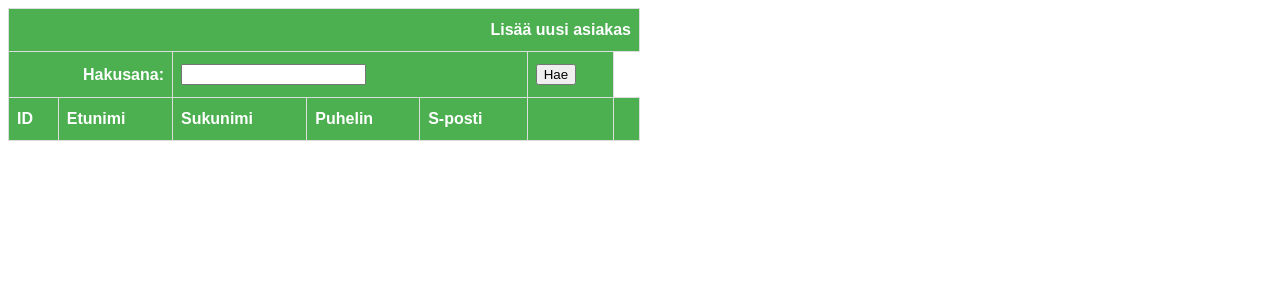
Repository: Lateh13/Asiakkaat
Page: http://localhost/Asiakkaat/listaaasiakkaat.jsp
These files come from the project's save history. The page is drawn as it stood at one moment and after the next save; the edit follows.
The browser window is 1280 px wide. The pictures show the whole page.
The page is served by Tomcat 9. Other server files are loaded and not shown. Queries for data that is not in the repository find no rows.

Above is the page before, as saved 2020-05-10 16:41:33.

### Asiakkaat/WebContent/listaaasiakkaat.jsp
<%@ page language="java" contentType="text/html; charset=ISO-8859-1"
    pageEncoding="ISO-8859-1"%>
<!DOCTYPE html>
<html>
<head>
<meta charset="ISO-8859-1">
<script src="https://ajax.googleapis.com/ajax/libs/jquery/3.4.1/jquery.min.js"></script>
<link rel="stylesheet" type="text/css" href="css/main.css">
<title>Asiakkaat</title>
</head>
<body>
<table id="listaus">
	<thead>
		<tr>
			<th colspan="7" class="oikealle"><span id="uusiAsiakas">Lisää uusi asiakas</span></th>
		</tr>
		<tr>
			<th class="oikealle" colspan="2">Hakusana:</th>
			<th colspan="3"><input type="text" name="haku" id="haettava" size="20"></th>
			<th ><input type="submit" value="Hae" id="hakunappi"></th>
		</tr>
  		<tr>
  			<th>ID</th>
	    	<th>Etunimi</th>
	    	<th>Sukunimi</th>
	    	<th>Puhelin</th>
	   		<th>S-posti</th>
	   		<th></th>
	   		<th></th>
	   	</tr>
	</thead>
	<tbody>
	<span id="ilmoitus"></span>
	</tbody>
</table>
<span id="ilmoitus"></span>
<script>
$(document).ready(function() {
	haeAsiakkaat();

	$("#uusiAsiakas").click(function() {
		document.location="lisaaasiakas.jsp";
	});

	$("#hakunappi").click(function() {
		haeAsiakkaat();

	});
	$(document.body).on("keydown", function(event) {
		if(event.which == 13) {
			haeAsiakkaat();
		}
	});
});

function haeAsiakkaat() {
	$("#listaus tbody").empty();
	$.ajax({url:"asiakkaat/"+$("#haettava").val(), type:"GET", dataType:"json", success:function(result) {
		$.each(result.asiakkaat, function(i, field) {
			var htmlStr;
			htmlStr+="<tr id='rivi_"+field.id+"'>";
			htmlStr+="<td>"+field.id+"</td>";
			htmlStr+="<td>"+field.etunimi+"</td>";
			htmlStr+="<td>"+field.sukunimi+"</td>";
			htmlStr+="<td>"+field.puhelin+"</td>";
			htmlStr+="<td>"+field.sposti+"</td>";
			htmlStr+="<td><a href='muutaasiakas.jsp?id="+field.id+"'>Muuta</a>&nbsp;";
			htmlStr+="<td><span class='poista' onclick=poista('"+field.id+"')>Poista</span></td>";
			htmlStr+="</tr>";
			$("#listaus tbody").append(htmlStr);
		});
	}});
}
function poista(id) {
	if (confirm("Poista asiakas, jonka id on " + id +"?")) {
		$.ajax({url:"asiakkaat/"+id, type:"DELETE", dataType:"json", success:function(result) {
			if (result.response == 0) {
				$("#ilmoitus").html("Asiakkaan poisto epäonnistui.");
			} else if (result.response == 1) {
	        	alert("Asiakas " + id +" poisto onnistui.");
				haeAsiakkaat();
			}
		}});
	}
}
</script>
</body>
</html>

### Asiakkaat/WebContent/css/main.css
@charset "ISO-8859-1";
table {
	border-collapse: collapse;
	width: 50%;
	font-family: Arial, Helvetica, sans-serif;
}

table td, table th {
  border: 1px solid #ddd;
  padding: 8px;
}

table tbody tr:nth-child(even){
	background-color: #f2f2f2;
}

table tbody tr:hover {
	background-color: #ddd;
}

table th {
  padding-top: 12px;
  padding-bottom: 12px;
  text-align: left;
  background-color: #4CAF50;
  color: white;
}

.oikealle{
	text-align: right;
}

#uusiAsiakas, #takaisin{
	color: white;
	cursor: pointer;
}

.poista{
	color: red;
	text-decoration: underline;
	cursor: pointer;
}

### Asiakkaat/src/control/Asiakkaat.java
package control;

import java.io.IOException;
import java.io.PrintWriter;
import java.util.ArrayList;
import javax.servlet.ServletException;
import javax.servlet.annotation.WebServlet;
import javax.servlet.http.HttpServlet;
import javax.servlet.http.HttpServletRequest;
import javax.servlet.http.HttpServletResponse;
import model.Asiakas;
import model.dao.Dao;
import org.json.JSONObject;


@WebServlet("/asiakkaat/*")
public class Asiakkaat extends HttpServlet {
	private static final long serialVersionUID = 1L;

    public Asiakkaat() {
        super();
        System.out.println("Asiakkaat.Asiakkaat()");
    }

	protected void doGet(HttpServletRequest request, HttpServletResponse response) throws ServletException, IOException {
		System.out.println("Asiakkaat.doGet()");
		String pathInfo = request.getPathInfo();
		String hakusana = pathInfo.replace("/", "");
		Dao dao = new Dao();
		ArrayList<Asiakas> asiakkaat = dao.listaaKaikki(hakusana);
		System.out.println(asiakkaat);
		String strJSON = new JSONObject().put("asiakkaat", asiakkaat).toString();
		response.setContentType("application/json");
		PrintWriter out = response.getWriter();
		out.println(strJSON);
	}

	protected void doPost(HttpServletRequest request, HttpServletResponse response) throws ServletException, IOException {
		System.out.println("Asiakkaat.doPost()");
		JSONObject jsonObj = new JsonStrToObj().convert(request);
		Asiakas asiakas = new Asiakas();
		asiakas.setEtunimi(jsonObj.getString("etunimi"));
		asiakas.setSukunimi(jsonObj.getString("sukunimi"));
		asiakas.setPuhelin(jsonObj.getString("puhelin"));
		asiakas.setSposti(jsonObj.getString("sposti"));
		response.setContentType("application/json");
		PrintWriter out = response.getWriter();
		Dao dao = new Dao();
		if (dao.lisaaAsiakas(asiakas)) {
			out.println("{\"response\":1}");
		} else {
			out.println("{\"response\":0}");
		}
	}

	protected void doPut(HttpServletRequest request, HttpServletResponse response) throws ServletException, IOException {
		System.out.println("Asiakkaat.doPut()");
	}

	protected void doDelete(HttpServletRequest request, HttpServletResponse response) throws ServletException, IOException {
		System.out.println("Asiakkaat.doDelete()");
		String pathInfo = request.getPathInfo();
		String poistettavaStr = pathInfo.replace("/", "");
		int poistettava = Integer.valueOf(poistettavaStr);
		response.setContentType("application/json");
		PrintWriter out = response.getWriter();
		Dao dao = new Dao();
		if (dao.poistaAsiakas(poistettava)) {
			out.println("{\"response\":1}");
		} else {
			out.println("{\"response\":0}");
		}
	}
}

### Asiakkaat/src/model/dao/Dao.java
package model.dao;

import java.sql.Connection;
import java.sql.DriverManager;
import java.sql.PreparedStatement;
import java.sql.ResultSet;
import java.util.ArrayList;
import model.Asiakas;

public class Dao {
	private Connection connection = null;
	private ResultSet rs = null;
	private PreparedStatement stmtPrep = null;
	private String sql;
	private String db = "Myynti.sqlite";

	private Connection yhdista() {
		Connection connection = null;
		String path = System.getProperty("catalina.base");
		path += "/webapps/";
		String url = "jdbc:sqlite:" + path + db;
		try {
			Class.forName("org.sqlite.JDBC");
			connection = DriverManager.getConnection(url);
			System.out.println("Yhteys avattu.");
		} catch (Exception e) {
			System.out.println("Yhteyden avaaminen epäonnistui.");
			e.printStackTrace();
		}
		return connection;
	}

	public ArrayList<Asiakas> listaaKaikki() {
		ArrayList<Asiakas> asiakkaat = new ArrayList<Asiakas>();
		sql = "SELECT * FROM asiakkaat";
		try {
			connection = yhdista();
			if (connection != null) {
				stmtPrep = connection.prepareStatement(sql);
				rs = stmtPrep.executeQuery();
				if (rs != null) {
					while(rs.next()) {
						Asiakas asiakas = new Asiakas();
						asiakas.setId(rs.getInt(1));
						asiakas.setEtunimi(rs.getString(2));
						asiakas.setSukunimi(rs.getString(3));
						asiakas.setPuhelin(rs.getString(4));
						asiakas.setSposti(rs.getString(5));
						asiakkaat.add(asiakas);
					}
				}
			}
			connection.close();
		} catch (Exception e) {
			e.printStackTrace();
		}
		return asiakkaat;
	}

	public ArrayList<Asiakas> listaaKaikki(String hakusana) {
		ArrayList<Asiakas> asiakkaat = new ArrayList<Asiakas>();
		sql = "SELECT * FROM asiakkaat WHERE etunimi LIKE ? OR sukunimi LIKE ? OR puhelin LIKE ? or sposti LIKE ?";
		try {
			connection = yhdista();
			if (connection != null) {
				stmtPrep = connection.prepareStatement(sql);
				stmtPrep.setString(1, "%" + hakusana +"%");
				stmtPrep.setString(2, "%" + hakusana +"%");
				stmtPrep.setString(3, "%" + hakusana +"%");
				stmtPrep.setString(4, "%" + hakusana +"%");
				rs = stmtPrep.executeQuery();
				if (rs != null) {
					while(rs.next()) {
						Asiakas asiakas = new Asiakas();
						asiakas.setId(rs.getInt(1));
						asiakas.setEtunimi(rs.getString(2));
						asiakas.setSukunimi(rs.getString(3));
						asiakas.setPuhelin(rs.getString(4));
						asiakas.setSposti(rs.getString(5));
						asiakkaat.add(asiakas);
					}
				}
			}
			connection.close();
		} catch (Exception e) {
			e.printStackTrace();
		}
		return asiakkaat;
	}

	public boolean lisaaAsiakas(Asiakas asiakas) {
		boolean paluuArvo = true;
		sql = "INSERT INTO asiakkaat(etunimi,sukunimi,puhelin,sposti) VALUES(?,?,?,?)";
		try {
			connection = yhdista();
			stmtPrep = connection.prepareStatement(sql);
			stmtPrep.setString(1, asiakas.getEtunimi());
			stmtPrep.setString(2, asiakas.getSukunimi());
			stmtPrep.setString(3, asiakas.getPuhelin());
			stmtPrep.setString(4, asiakas.getSposti());
			stmtPrep.executeUpdate();
			connection.close();
		} catch (Exception e) {
			e.printStackTrace();
			paluuArvo = false;
		}
		return paluuArvo;
	}

	public boolean poistaAsiakas(int id) {
		boolean paluuArvo = true;
		sql = "DELETE FROM asiakkaat WHERE asiakas_id=?";
		try {
			connection = yhdista();
			stmtPrep = connection.prepareStatement(sql);
			stmtPrep.setInt(1, id);
			stmtPrep.executeUpdate();
			connection.close();
		} catch (Exception e) {
			e.printStackTrace();
			paluuArvo = false;
		}
		return paluuArvo;
	}

	public Asiakas etsiAsiakas(int id) {
		Asiakas asiakas = null;
		sql = "SELECT * FROM asiakkaat WHERE asiakas_id=?";
		try {
			connection = yhdista();
			if (connection != null) {
				stmtPrep = connection.prepareStatement(sql);
				stmtPrep.setInt(1, id);
				rs = stmtPrep.executeQuery();
				if (rs.isBeforeFirst()) {
					rs.next();
					asiakas = new Asiakas();
					asiakas.setEtunimi(rs.getString(1));
					asiakas.setSukunimi(rs.getString(2));
					asiakas.setPuhelin(rs.getString(3));
					asiakas.setSposti(rs.getString(4));
				}
			}
			connection.close();
		} catch (Exception e) {
			e.printStackTrace();
		}
		return asiakas;
	}

	public boolean muutaAsiakas(Asiakas asiakas, int id) {
		boolean paluuArvo = true;
		sql = "UPDATE asiakkaat SET etunimi=?, sukunimi=?, puhelin=?, sposti=? WHERE asiakas_id=?";
		try {
			connection = yhdista();
			stmtPrep = connection.prepareStatement(sql);
			stmtPrep.setString(1, asiakas.getEtunimi());
			stmtPrep.setString(2, asiakas.getSukunimi());
			stmtPrep.setString(3, asiakas.getPuhelin());
			stmtPrep.setString(4, asiakas.getSposti());
			stmtPrep.setInt(5, id);
			stmtPrep.executeUpdate();
			connection.close();
		} catch (Exception e) {
			e.printStackTrace();
			paluuArvo = false;
		}
		return paluuArvo;
	}
}

After the next save:
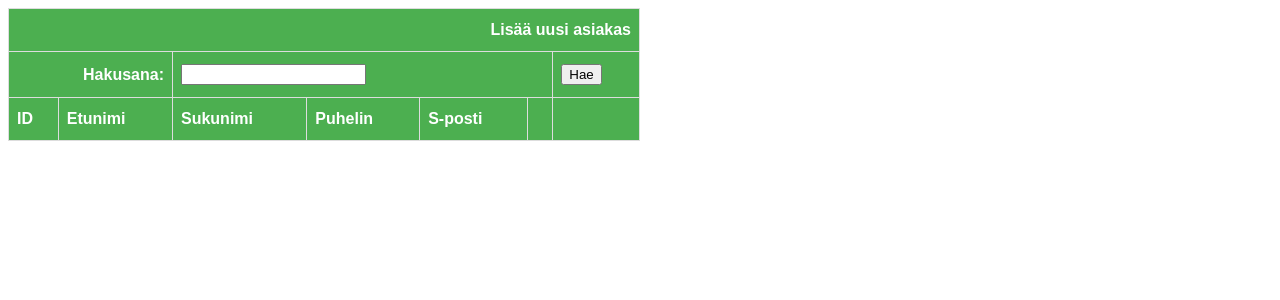
Saved 34 s later.
--- a/Asiakkaat/WebContent/listaaasiakkaat.jsp
+++ b/Asiakkaat/WebContent/listaaasiakkaat.jsp
@@ -16,7 +16,7 @@
 		</tr>
 		<tr>
 			<th class="oikealle" colspan="2">Hakusana:</th>
-			<th colspan="3"><input type="text" name="haku" id="haettava" size="20"></th>
+			<th colspan="4"><input type="text" name="haku" id="haettava" size="20"></th>
 			<th ><input type="submit" value="Hae" id="hakunappi"></th>
 		</tr>
   		<tr>
